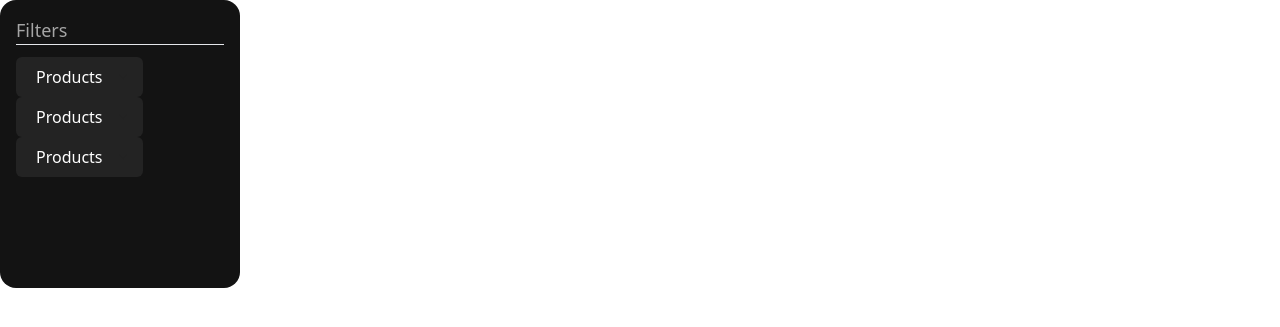
Repository: SayedJamil/Edvora-app
Page: /leftcard
These files come from the project's save history. The page is drawn as it stood at one moment and after the next save; the edit follows.
The browser window is 1280 px wide. The pictures show the whole page.
The project was rebuilt for these pictures with package versions that can differ from the ones it lists, and the page was loaded fresh each time. The framework's server and built-in components were replaced by stand-ins that run in the browser. Also part of the build but not shown: next.config.js.

Above is the page before, as saved 2021-12-19 16:09:43.

### pages/leftcard.js
function leftcard() {
    return (
        <div className="h-72 w-60 bg-[#131313] rounded-2xl p-4">
            <h3 className="text-[#A5A5A5] font-light text-lg">Filters</h3>
            <div className="w-full bg-gray-200 h-px mb-3"></div>
            <div class="relative inline-flex">
                <svg class="w-2 h-2 absolute top-0 right-0 m-4 pointer-events-none" xmlns="http://www.w3.org/2000/svg" viewBox="0 0 412 232"><path d="M206 171.144L42.678 7.822c-9.763-9.763-25.592-9.763-35.355 0-9.763 9.764-9.763 25.592 0 35.355l181 181c4.88 4.882 11.279 7.323 17.677 7.323s12.796-2.441 17.678-7.322l181-181c9.763-9.764 9.763-25.592 0-35.355-9.763-9.763-25.592-9.763-35.355 0L206 171.144z" fill="#232323" fill-rule="nonzero" /></svg>
                <select class="rounded-md h-10 pl-5 pr-10 bg-[#232323] hover:border-[#232323] focus:outline-none appearance-none outline-none text-white w-full">
                    <option>Products </option>
                    <option>Red</option>
                    <option>Blue</option>
                </select>
            </div>
            <div class="relative inline-flex">
                <svg class="w-2 h-2 absolute top-0 right-0 m-4 pointer-events-none" xmlns="http://www.w3.org/2000/svg" viewBox="0 0 412 232"><path d="M206 171.144L42.678 7.822c-9.763-9.763-25.592-9.763-35.355 0-9.763 9.764-9.763 25.592 0 35.355l181 181c4.88 4.882 11.279 7.323 17.677 7.323s12.796-2.441 17.678-7.322l181-181c9.763-9.764 9.763-25.592 0-35.355-9.763-9.763-25.592-9.763-35.355 0L206 171.144z" fill="#232323" fill-rule="nonzero" /></svg>
                <select class="rounded-md h-10 pl-5 pr-10 bg-[#232323] hover:border-[#232323] focus:outline-none appearance-none outline-none text-white w-full">
                    <option>Products </option>
                    <option>Red</option>
                    <option>Blue</option>
                </select>
            </div>
            <div class="relative inline-flex">
                <svg class="w-2 h-2 absolute top-0 right-0 m-4 pointer-events-none" xmlns="http://www.w3.org/2000/svg" viewBox="0 0 412 232"><path d="M206 171.144L42.678 7.822c-9.763-9.763-25.592-9.763-35.355 0-9.763 9.764-9.763 25.592 0 35.355l181 181c4.88 4.882 11.279 7.323 17.677 7.323s12.796-2.441 17.678-7.322l181-181c9.763-9.764 9.763-25.592 0-35.355-9.763-9.763-25.592-9.763-35.355 0L206 171.144z" fill="#232323" fill-rule="nonzero" /></svg>
                <select class="rounded-md h-10 pl-5 pr-10 bg-[#232323] hover:border-[#232323] focus:outline-none appearance-none outline-none text-white w-full">
                    <option>Products </option>
                    <option>Red</option>
                    <option>Blue</option>
                </select>
            </div>

        </div>
    )
}

export default leftcard

### styles/globals.css
body {
  margin: 0;
  padding: 0;
}
@tailwind base;
@tailwind components;
@tailwind utilities;

Loaded but not shown: pages/_app.js (common file); tailwind.config.js (common file)

After the next save:
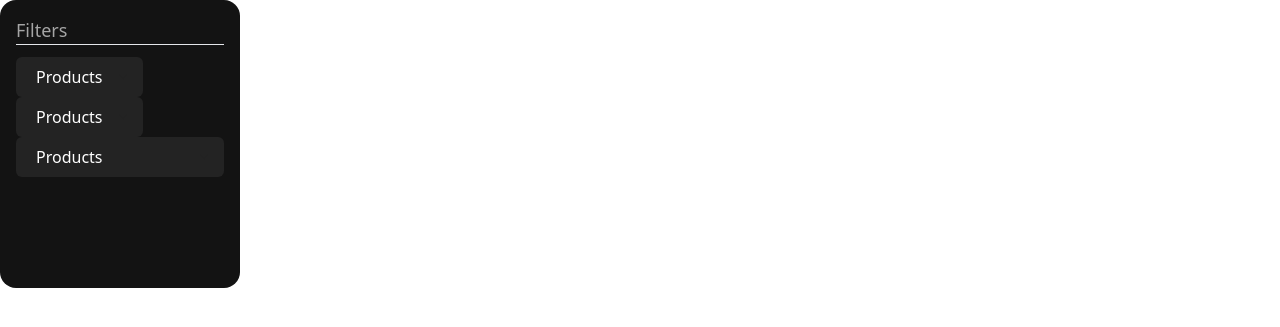
Saved 6 s later.
--- a/pages/leftcard.js
+++ b/pages/leftcard.js
@@ -19,7 +19,7 @@ function leftcard() {
                     <option>Blue</option>
                 </select>
             </div>
-            <div class="relative inline-flex">
+            <div class="relative inline-flex w-full">
                 <svg class="w-2 h-2 absolute top-0 right-0 m-4 pointer-events-none" xmlns="http://www.w3.org/2000/svg" viewBox="0 0 412 232"><path d="M206 171.144L42.678 7.822c-9.763-9.763-25.592-9.763-35.355 0-9.763 9.764-9.763 25.592 0 35.355l181 181c4.88 4.882 11.279 7.323 17.677 7.323s12.796-2.441 17.678-7.322l181-181c9.763-9.764 9.763-25.592 0-35.355-9.763-9.763-25.592-9.763-35.355 0L206 171.144z" fill="#232323" fill-rule="nonzero" /></svg>
                 <select class="rounded-md h-10 pl-5 pr-10 bg-[#232323] hover:border-[#232323] focus:outline-none appearance-none outline-none text-white w-full">
                     <option>Products </option>
